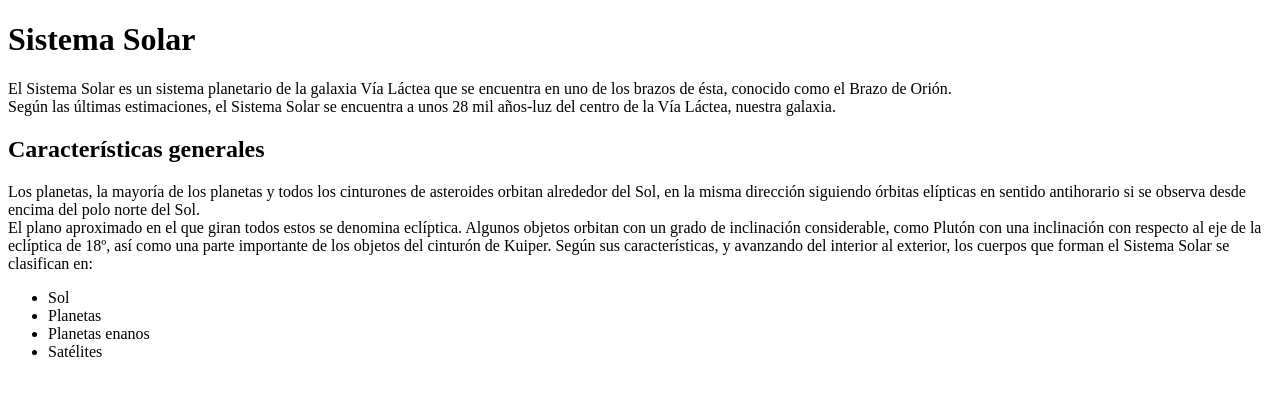
Repository: gustavomanfre/Curso_Front_End_Digitalers
Page: Unidad1/M1 - Laboratorio_02/index.html
These files come from the project's save history. The page is drawn as it stood at one moment and after a run of saves; the edit follows.
The browser window is 1280 px wide. The pictures show the whole page.

Above is the page before, as saved 2022-05-25 21:03:32.

### Unidad1/M1 - Laboratorio_02/index.html
<!DOCTYPE html>
<html lang="en">
<head>
    <meta charset="UTF-8">
    <meta http-equiv="X-UA-Compatible" content="IE=edge">
    <meta name="viewport" content="width=device-width, initial-scale=1.0">
    <title>Laboratorio2</title>
</head>
<body>
    <header>
        <h1>Sistema Solar</h1>
        <p>
            El Sistema Solar es un sistema planetario de la galaxia Vía Láctea que se encuentra en uno de los brazos de ésta, conocido como el Brazo de Orión. <br>
            Según las últimas estimaciones, el Sistema Solar se encuentra a unos 28 mil años-luz del centro de la Vía Láctea, nuestra galaxia.
        </p>
    </header>

    <main>
        <h2>Características generales</h2>
        <section>
            <p>
                Los planetas, la mayoría de los planetas y todos los cinturones de asteroides orbitan alrededor del Sol, en la misma dirección
                siguiendo órbitas elípticas en sentido antihorario si se observa desde encima del polo norte del Sol. <br>

                El plano aproximado en el que giran todos estos se denomina eclíptica. Algunos objetos orbitan con un grado de inclinación
                considerable, como Plutón con una inclinación con respecto al eje de la eclíptica de 18º, así como una parte importante de los
                objetos del cinturón de Kuiper. Según sus características, y avanzando del interior al exterior, los cuerpos que forman el Sistema
                Solar se clasifican en:

                <ul>
                    <li>Sol</li>
                    <li>Planetas</li>
                    <li>Planetas enanos</li>
                    <li>Satélites</li>
                </ul>
            </p>
        </section>

    </main>

</body>
</html>

After the next 3 saves:
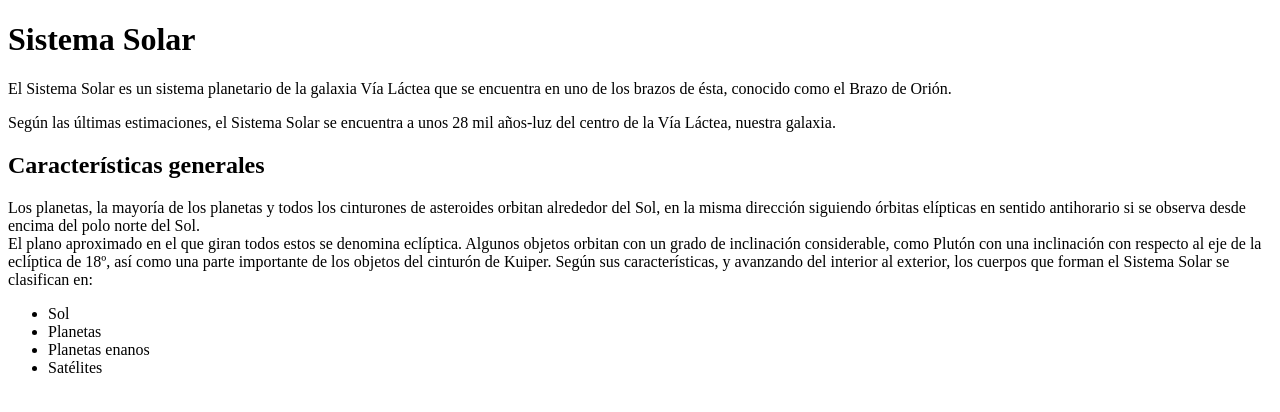
The 3 saves are shown as one change because they came seconds apart.
The last was saved 72 s later.
--- a/Unidad1/M1 - Laboratorio_02/index.html
+++ b/Unidad1/M1 - Laboratorio_02/index.html
@@ -10,7 +10,7 @@
     <header>
         <h1>Sistema Solar</h1>
         <p>
-            El Sistema Solar es un sistema planetario de la galaxia Vía Láctea que se encuentra en uno de los brazos de ésta, conocido como el Brazo de Orión. <br>
+            El Sistema Solar es un sistema planetario de la galaxia Vía Láctea que se encuentra en uno de los brazos de ésta, conocido como el Brazo de Orión.</p>
             Según las últimas estimaciones, el Sistema Solar se encuentra a unos 28 mil años-luz del centro de la Vía Láctea, nuestra galaxia.
         </p>
     </header>
